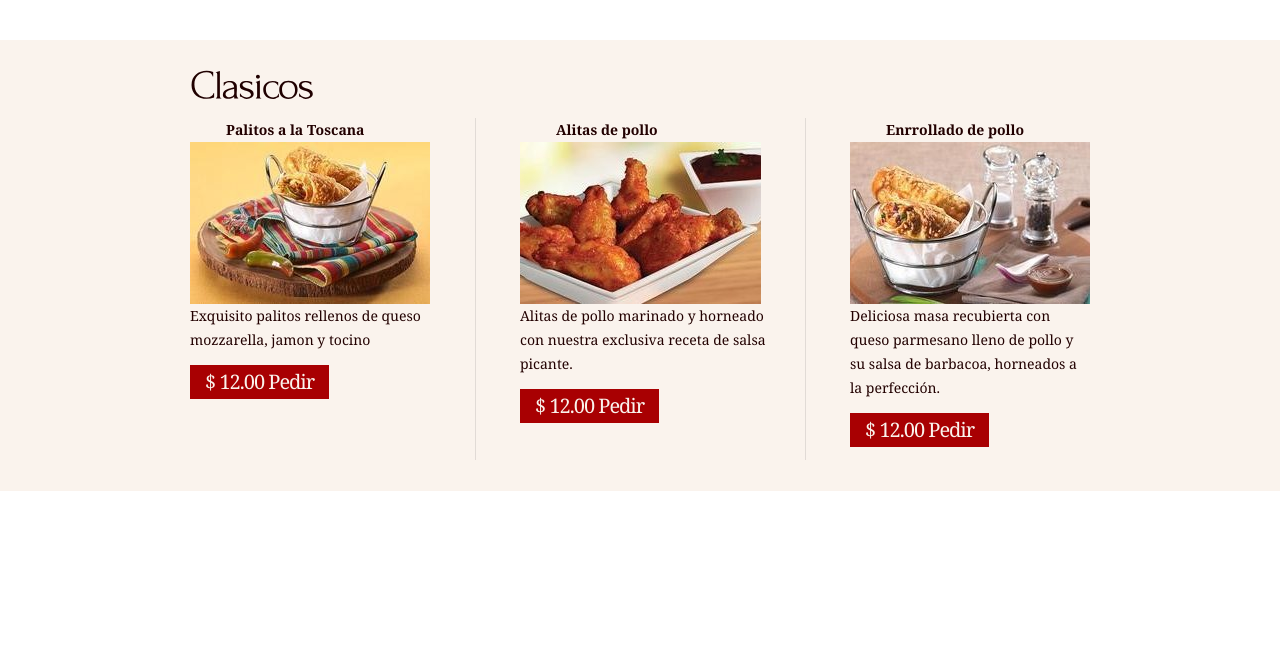
Repository: ProSoft-PDSI/sdsddo
Page: http://localhost/sdsr/Entrada
An editor plug-in stored every save of this project. The page is shown before and after the next save, followed by the edit.
The browser window is 1280 px wide. The pictures show the whole page.
The page is served by Tomcat 9. Other server files are loaded and not shown. Queries for data that is not in the repository find no rows.

Above is the page before, as saved 2014-07-20 02:26:16.
Console error: TypeError: Cannot read properties of undefined (reading 'appendTo')

### Web/sdsr/WebContent/Entrada.jsp
<%@ page language="java" contentType="text/html; charset=ISO-8859-1"
    pageEncoding="ISO-8859-1"%>
<%@ taglib prefix="c" uri="http://java.sun.com/jsp/jstl/core" %>
<!DOCTYPE html>
<html lang="es">
<head>
	<meta charset="UTF-8">
	<%@ include file="Carga.jsp" %>
	<title>..::Sistema de Servicios de Restaurantes::..</title>
	<style type="text/css">
   		body { Background: transparent; }
	</style>
</head>
<body id="page2">
<form method="post" action="Entrada">
<div class="body6" id="marco">
	<div class="body1" id="marco">
		<div class="main">

			<article id="content">
				<div class="wrap">
					<%int n = 1; %>
			     <c:forEach var = "i" items = "${requestScope.listamenu}" >
					<% if(n == 1) { %>
					<section class="cols">
						<div class="box">
							<div>
								<h2><c:out value="${i.nombre}"></c:out></h2>
								<figure><img src="${i.imagen}" alt="" ></figure>
								<p class="pad_bot1">${i.descripcion}</p>
								<input type="hidden" name="codigo" value="${i.codProducto}"></input>
								<a href="Entrada" class="button1">S./ ${i.precio} Pedir</a>
							</div>
						</div>
					</section>
				   <% } %>
				   <% if (n>1 && n <= 3) { %>
					<section class="cols pad_left1">
						<div class="box">
							<div>
								<h2><c:out value="${i.nombre}"></c:out></h2>
								<figure><img src="${i.imagen}" alt="" ></figure>
								<p class="pad_bot1">${i.descripcion}</p>
								<input type="hidden" name="codigo" value="${i.codProducto}"></input>
								<input type="submit" class="button1" value="S./ ${i.precio} Pedir"></input>
							</div>
						</div>
					</section>
				  <% } %>
				  <% n++; %>
				</c:forEach>
				</div>
			</article>
		</div>
	</div>
</div>
<div class="body2">
	<div class="main">
		<article id="content2">
			<div class="wrapper">
				<section class="pad_left1">
					<h2>Clasicos</h2>
					<div class="line1">
						<div class="wrapper line2">
							<div class="cols">
								<div class="wrapper pad_bot1">
								<h1>Palitos a la Toscana </h1>
									<figure ><img src="images/ent_4.jpg" alt=""></figure>
									<p class="pad_bot1">Exquisito palitos rellenos de queso <br> mozzarella,
									  jamon y tocino</p>
									 <a href="#" class="button1">$ 12.00 Pedir</a>
								</div>
							</div>
							<div class="cols pad_left1">
								<div class="wrapper pad_bot1">
								<h1>Alitas de pollo </h1>
									<figure ><img src="images/ent_5.jpg" alt=""></figure>
									<p class="pad_bot1">Alitas de pollo marinado y horneado <br> con nuestra exclusiva receta de salsa <br> picante.</p>
									<a href="#" class="button1">$ 12.00 Pedir</a>
								</div>
							</div>
							<div class="col2 pad_left1">
								<div class="wrapper pad_bot1">
								<h1>Enrrollado de pollo</h1>
									<figure ><img src="images/ent_6.jpg" alt=""></figure>
									<p class="pad_bot1">Deliciosa masa recubierta con queso parmesano lleno de pollo y su salsa de barbacoa, horneados a la perfección.</p>
									<a href="#" class="button1">$ 12.00 Pedir</a>
								</div>
							</div>
						</div>
					</div>
				</section>
			</div>
		</article>
	</div>
</div>
<%-- 	<form action="post" action="Entrada">
		<table>
			<c:forEach var = "i" items = "${requestScope.listamenu}" >
				<tr><td><c:out value="${i.nombre}"></c:out></td><td><button>Agregar</button></td></tr>
			</c:forEach>
		</table>
	</form>
	<c:if test="${requestScope.error != null}">
		<c:out value="${requestScope.error}"></c:out>
	</c:if> --%>
</form>
<script type="text/javascript"> Cufon.now(); </script>
</body>

</html>

### Web/sdsr/WebContent/Carga.jsp
<link rel="stylesheet" href="css/reset.css" type="text/css" media="all">
<link rel="stylesheet" href="css/layout.css" type="text/css" media="all">
<link rel="stylesheet" href="css/style.css" type="text/css" media="all">
<link rel="stylesheet" href="css/estilos.css" type="text/css" media="all">
<script type="text/javascript" src="js/jquery-1.6.js" ></script>
<script type="text/javascript" src="js/cufon-yui.js"></script>
<script type="text/javascript" src="js/cufon-replace.js"></script>
<script type="text/javascript" src="js/Forum_400.font.js"></script>
<script type="text/javascript" src="js/jquery.easing.1.3.js"></script>
<script type="text/javascript" src="js/tms-0.3.js"></script>
<script type="text/javascript" src="js/tms_presets.js"></script>
<script type="text/javascript" src="js/script.js"></script>
<script type="text/javascript" src="js/atooltip.jquery.js"></script>

### Web/sdsr/src/controller/PedidosController.java
package controller;

import java.io.IOException;
import java.util.List;
import java.util.Vector;

import javax.servlet.RequestDispatcher;
import javax.servlet.ServletException;
import javax.servlet.annotation.WebServlet;
import javax.servlet.http.HttpServlet;
import javax.servlet.http.HttpServletRequest;
import javax.servlet.http.HttpServletResponse;
import javax.servlet.http.HttpSession;

import entity.Cliente;
import entity.DetallePedido;
import entity.Pedido;
import entity.Usuario;
import model.ControlModel;
import model.PedidosModel;
import model.ProductoModel;

@WebServlet({"/InsertarPedido","/EliminarPedido","/ModificarPedido","/ListaPedidos","/Entrada","/Pizza","/Especiales","/InsertaLista"})
public class PedidosController extends HttpServlet {
	private static final long serialVersionUID = 1L;
	List<DetallePedido> listapedido = new Vector<DetallePedido>();

    public PedidosController() {
        super();
    }

    protected void doPost(HttpServletRequest request, HttpServletResponse response) throws ServletException, IOException {
		String alias = request.getServletPath();
		if(alias.equals("/Entrada")){
			EntradaPost(request,response);
		}else if(alias.equals("/Pizza")){
			PizzaPost(request,response);
		}else if(alias.equals("/Especiales")){
			EspecialesPost(request,response);
		}else if(alias.equals("/InsertarPedido")){
			InsertarPedido(request,response);
		}
    }


	private void EspecialesPost(HttpServletRequest request,
			HttpServletResponse response) throws ServletException, IOException {
		try {
			ProductoModel model = new ProductoModel();
			request.setAttribute("listaespecial", model.getEspeciales());

			HttpSession session = request.getSession(true);
			String codProducto = (String) request.getParameter("codigo");
			int cantidad = Integer.parseInt((String)request.getParameter("cant"));
			DetallePedido bean = new DetallePedido();
			ControlModel model1 = new ControlModel();
			bean.setNropedido(model1.getValor("pedido"));
			bean.setCodproducto(codProducto);
			bean.setCant(cantidad);
			listapedido.add(bean);
			session.setAttribute("lista", listapedido);
		} catch (Exception e) {
			System.out.println(e.getMessage());
		}
		RequestDispatcher rd;
		rd = request.getRequestDispatcher("Pedido.jsp");
		rd.forward(request, response);

	}

	private void PizzaPost(HttpServletRequest request,
			HttpServletResponse response) throws ServletException, IOException {
		try {
			ProductoModel model = new ProductoModel();
			request.setAttribute("listapizza", model.getPizza());
			request.setAttribute("listapizzaclasico", model.getPizzaClasico());

			HttpSession session = request.getSession(true);
			String codProducto = (String) request.getParameter("codigo");
			int cantidad = Integer.parseInt((String)request.getParameter("cant"));
			DetallePedido bean = new DetallePedido();
			ControlModel model1 = new ControlModel();
			bean.setNropedido(model1.getValor("pedido"));
			bean.setCodproducto(codProducto);
			bean.setCant(cantidad);
			listapedido.add(bean);
			session.setAttribute("lista", listapedido);
		} catch (Exception e) {
			System.out.println(e.getMessage());
		}

		RequestDispatcher rd;
		rd = request.getRequestDispatcher("Pedido.jsp");
		rd.forward(request, response);
	}

	private void EntradaPost(HttpServletRequest request,
			HttpServletResponse response) throws ServletException, IOException {
		try {
		ProductoModel model = new ProductoModel();
		request.setAttribute("listaentrada", model.getEntrada());
		request.setAttribute("listaentradaclasico", model.getEntradaClasico());

		HttpSession session = request.getSession(true);
		String codProducto = (String) request.getParameter("codigo");
		int cantidad = Integer.parseInt((String)request.getParameter("cant"));
		DetallePedido bean = new DetallePedido();
		ControlModel model1 = new ControlModel();
		bean.setNropedido(model1.getValor("pedido"));
		bean.setCodproducto(codProducto);
		bean.setCant(cantidad);
		listapedido.add(bean);
		session.setAttribute("lista", listapedido);
		} catch (Exception e) {
			System.out.println(e.getMessage());
		}
		RequestDispatcher rd;
		rd = request.getRequestDispatcher("Pedido.jsp");
		rd.forward(request, response);

	}

	protected void doGet(HttpServletRequest request, HttpServletResponse response) throws ServletException, IOException {
		String alias = request.getServletPath();
		if(alias.equals("/ListaPedidos")){
				ListaPedidos(request,response);
		}else if(alias.equals("/Entrada")){
			Entrada(request,response);
		}else if(alias.equals("/Pizza")){
			Pizza(request,response);
		}else if(alias.equals("/Especiales")){
			Especiales(request,response);
		}
	}

	private void Especiales(HttpServletRequest request,
			HttpServletResponse response) throws ServletException, IOException {
		ProductoModel model = new ProductoModel();
		request.setAttribute("listaespecial", model.getEspeciales());
		RequestDispatcher rd;
		rd = request.getRequestDispatcher("Especiales.jsp");
		rd.forward(request, response);

	}


	private void Pizza(HttpServletRequest request, HttpServletResponse response) throws ServletException, IOException {
		try{
		ProductoModel model = new ProductoModel();
		request.setAttribute("listapizza", model.getPizza());
		request.setAttribute("listapizzaclasico", model.getPizzaClasico());
		} catch (Exception e) {
			System.out.println(e.getMessage());
		}
		RequestDispatcher rd;
		rd = request.getRequestDispatcher("Clasica.jsp");
		rd.forward(request, response);

	}

	private void Entrada(HttpServletRequest request, HttpServletResponse response) throws ServletException, IOException {
		try{
		ProductoModel model = new ProductoModel();
		request.setAttribute("listaentrada", model.getEntrada());
		request.setAttribute("listaentradaclasico", model.getEntradaClasico());
		} catch (Exception e) {
			System.out.println(e.getMessage());
		}
		RequestDispatcher rd;
		rd = request.getRequestDispatcher("Entrada.jsp");
		rd.forward(request, response);

	}

	private void ListaPedidos(HttpServletRequest request,
			HttpServletResponse response) throws ServletException, IOException {
			HttpSession session = request.getSession(true);
			session.getAttribute("lista");
			RequestDispatcher rd = request.getRequestDispatcher("Pedido.jsp");
			rd.forward(request, response);

	}

	private void InsertarPedido(HttpServletRequest request,
			HttpServletResponse response) throws ServletException, IOException {
			try{
			HttpSession session = request.getSession(true);
				Cliente cli = (Cliente)session.getAttribute("cliente");
				Usuario usu = (Usuario)session.getAttribute("user");
				PedidosModel model = new PedidosModel();
				ControlModel model1 = new ControlModel();
				String codigo = model1.getValor("pedido");
				model.InsertarPedidos(cli.getDni(),usu.getUsuario());
				model.InsertaProductosDetallePedido(listapedido, usu.getUsuario());
				Pedido pedido = model.getPedido(codigo);
				session.setAttribute("nropedido",codigo);
				session.setAttribute("totalpedido", pedido.getTotalpedido());
				System.out.println(pedido.getTotalpedido());
				request.setAttribute("mensaje", "insercion Exitosa");
				session.removeAttribute("listapedido");
			} catch (Exception e) {
				System.out.println(e.getMessage());
			}
			RequestDispatcher rd = request.getRequestDispatcher("Pagos.jsp");
			rd.forward(request, response);
	}

}

### Web/sdsr/src/model/ProductoModel.java
package model;

import java.util.List;

import dao.impl.ProductoDaoImpl;
import dao.spec.ProductoDao;
import entity.Producto;

public class ProductoModel {
	public List<Producto> getEntrada(){
		ProductoDao dao = new ProductoDaoImpl();
		List<Producto> entrada = dao.getEntrada();
		return entrada;
	}

	public List<Producto> getEntradaClasico(){
		ProductoDao dao = new ProductoDaoImpl();
		List<Producto> entrada = dao.getEntradaClasico();
		return entrada;
	}

	public List<Producto> getPizza(){
		ProductoDao dao = new ProductoDaoImpl();
		List<Producto> entrada = dao.getPizza();
		return entrada;
	}

	public List<Producto> getEspeciales(){
		ProductoDao dao = new ProductoDaoImpl();
		List<Producto> entrada = dao.getEspeciales();
		return entrada;
	}

	public List<Producto> getPizzaClasico(){
		ProductoDao dao = new ProductoDaoImpl();
		List<Producto> entrada = dao.getPizzaClasico();
		return entrada;
	}

	public Producto getProducto(String codProducto){
		ProductoDao dao = new ProductoDaoImpl();
		return dao.getProducto(codProducto);

	}
}

### Web/sdsr/src/dao/spec/ProductoDao.java
package dao.spec;

import java.util.List;

import entity.Producto;

public interface ProductoDao {
	List<Producto> getEntrada();
	List<Producto> getEntradaClasico();
	List<Producto> getPizza();
	List<Producto> getPizzaClasico();
	List<Producto> getEspeciales();
	Producto getProducto(String Producto);
	String getNombreProducto(String codproducto);
}

### Web/sdsr/src/dao/util/RowMapper.java
package dao.util;

import java.sql.ResultSet;

public interface RowMapper<T> {
	public abstract T mapRow(ResultSet rs);
}

### Web/sdsr/src/dao/impl/ProductoDaoImpl.java
package dao.impl;

import java.sql.Connection;
import java.sql.PreparedStatement;
import java.sql.ResultSet;
import java.sql.SQLException;
import java.sql.Statement;
import java.util.ArrayList;
import java.util.List;

import dao.spec.ProductoDao;
import dao.util.AccesoDB;
import dao.util.RowMapper;
import entity.Producto;

public class ProductoDaoImpl implements ProductoDao,RowMapper<Producto> {

	@Override
	public List<Producto> getEntrada() {
		List<Producto> menu=new ArrayList<Producto>();
		Connection cn=null;
		try {
			cn = AccesoDB.getConnection();
			String sql="select * from producto where categoria = 'normal' and codproducto like 'EN%' ";
			Statement stm = cn.createStatement();
			ResultSet rs = stm.executeQuery(sql);
			while(rs.next()){
				menu.add(mapRow(rs));
			}
			rs.close();
			stm.close();
		} catch (Exception e) {
			throw new RuntimeException(e.getMessage());
		}finally{
			try {
				cn.close();
			} catch (SQLException e) {
				throw new RuntimeException(e.getMessage());
			}
		}
		return menu;
	}


	public List<Producto> getEntradaClasico() {
		List<Producto> menu=new ArrayList<Producto>();
		Connection cn=null;
		try {
			cn = AccesoDB.getConnection();
			String sql="select * from producto where categoria = 'clasico' and codproducto like 'EN%' ";
			Statement stm = cn.createStatement();
			ResultSet rs = stm.executeQuery(sql);
			while(rs.next()){
				menu.add(mapRow(rs));
			}
			rs.close();
			stm.close();
		} catch (Exception e) {
			throw new RuntimeException(e.getMessage());
		}finally{
			try {
				cn.close();
			} catch (SQLException e) {
				throw new RuntimeException(e.getMessage());
			}
		}
		return menu;
	}


	public Producto mapRow(ResultSet rs) {
		Producto bean = new Producto();
		try {
			bean.setCodProducto(rs.getString("codproducto"));
			bean.setNombre(rs.getString("nombreproducto"));
			bean.setDescripcion(rs.getString("descrproducto"));
			bean.setPrecio(rs.getDouble("preciounitario"));
			bean.setCategoria(rs.getString("categoria"));
			bean.setImagen(rs.getString("imagen"));
			bean.setStock(rs.getInt("stock"));
		} catch (SQLException e) {
			throw new RuntimeException(e.getMessage());
		}
		return bean;

	}

	@Override
	public Producto getProducto(String codproducto) {
		Connection cn=null;
		Producto pro = new Producto();
		try {
			cn = AccesoDB.getConnection();
			String sql="select * from producto where codproducto = ?";
			PreparedStatement pstm = cn.prepareStatement(sql);
			pstm.setString(1, codproducto);
			ResultSet rs = pstm.executeQuery(sql);
			rs.next();
			pro=mapRow(rs);
			rs.close();
			pstm.close();
		} catch (Exception e) {
			throw new RuntimeException(e.getMessage());
		}finally{
			try {
				cn.close();
			} catch (SQLException e) {
				throw new RuntimeException(e.getMessage());
			}
		}
		return pro;
	}

	@Override
	public String getNombreProducto(String codproducto) {
		Connection cn=null;
		String nombre=null;
		try {
			cn = AccesoDB.getConnection();
			String sql="select nombreproducto from producto where codproducto = ?";
			PreparedStatement pstm = cn.prepareStatement(sql);
			pstm.setString(1, codproducto);
			ResultSet rs = pstm.executeQuery(sql);
			while(rs.next()){
				nombre= rs.getString("nombreproducto");
			}

			rs.close();
			pstm.close();
		} catch (Exception e) {
			throw new RuntimeException(e.getMessage());
		}finally{
			try {
				cn.close();
			} catch (SQLException e) {
				throw new RuntimeException(e.getMessage());
			}
		}
		return nombre;
	}


	@Override
	public List<Producto> getPizza() {
		List<Producto> menu=new ArrayList<Producto>();
		Connection cn=null;
		try {
			cn = AccesoDB.getConnection();
			String sql="select replace(nombreproducto,'Personal',''),descrproducto,categoria,imagen,stock from producto where categoria = 'normal'"
					+ "and codproducto like 'PI%'"
					+ "and nombreproducto like '%Personal'";
			Statement stm = cn.createStatement();
			ResultSet rs = stm.executeQuery(sql);
			while(rs.next()){
				Producto bean = new Producto();
				bean.setCodProducto("PI");
				bean.setNombre(rs.getString(1));
				bean.setDescripcion(rs.getString("descrproducto"));
				bean.setPrecio(0);
				bean.setCategoria(rs.getString("categoria"));
				bean.setImagen(rs.getString("imagen"));
				bean.setStock(rs.getInt("stock"));
				menu.add(bean);
			}
			rs.close();
			stm.close();
		} catch (Exception e) {
			throw new RuntimeException(e.getMessage());
		}finally{
			try {
				cn.close();
			} catch (SQLException e) {
				throw new RuntimeException(e.getMessage());
			}
		}
		return menu;
	}


	@Override
	public List<Producto> getPizzaClasico() {
		List<Producto> menu=new ArrayList<Producto>();
		Connection cn=null;
		try {
			cn = AccesoDB.getConnection();
			String sql="select replace(nombreproducto,'Personal',''),descrproducto,categoria,imagen,stock from producto where categoria = 'clasico'"
					+ "and codproducto like 'PI%'"
					+ "and nombreproducto like '%Personal'";
			Statement stm = cn.createStatement();
			ResultSet rs = stm.executeQuery(sql);
			while(rs.next()){
				Producto bean = new Producto();
				bean.setCodProducto("PI");
				bean.setNombre(rs.getString(1));
				bean.setDescripcion(rs.getString("descrproducto"));
				bean.setPrecio(0);
				bean.setCategoria(rs.getString("categoria"));
				bean.setImagen(rs.getString("imagen"));
				bean.setStock(rs.getInt("stock"));
				menu.add(bean);
			}
			rs.close();
			stm.close();
		} catch (Exception e) {
			throw new RuntimeException(e.getMessage());
		}finally{
			try {
				cn.close();
			} catch (SQLException e) {
				throw new RuntimeException(e.getMessage());
			}
		}
		return menu;
	}


	@Override
	public List<Producto> getEspeciales() {
		List<Producto> menu=new ArrayList<Producto>();
		Connection cn=null;
		try {
			cn = AccesoDB.getConnection();
			String sql="select * from producto where codproducto like 'ES%'";
			Statement stm = cn.createStatement();
			ResultSet rs = stm.executeQuery(sql);
			while(rs.next()){
				menu.add(mapRow(rs));
			}
			rs.close();
			stm.close();
		} catch (Exception e) {
			throw new RuntimeException(e.getMessage());
		}finally{
			try {
				cn.close();
			} catch (SQLException e) {
				throw new RuntimeException(e.getMessage());
			}
		}
		return menu;
	}

}

### Web/sdsr/src/dao/util/AccesoDB.java
package dao.util;

import java.sql.Connection;
import java.sql.DriverManager;

public class AccesoDB {
	public static Connection getConnection() throws Exception {
		String driver = "oracle.jdbc.driver.OracleDriver";
		String url = "jdbc:oracle:thin:@localhost:1521/XE";
		String user = "restaurante";
		String pass = "admin";
		Class.forName(driver).newInstance();
		Connection cn=DriverManager.getConnection(url,user,pass);
		return cn;
	}
}

### Web/sdsr/WebContent/css/layout.css
.col1, .col2, .col3, .cols  {float:left}
.cols {width:300px}
.col1 {width:630px}
.col2 {width:240px}
.col3 {width:570px}
/* index.html */
/* index-1.html */
#page2 .box .list1 {margin-top:-7px}
/* index-2.html */
#page3 h2.letter_spacing {word-spacing:-2px}
/* index-3.html */
#page4 .box .list1 {margin-top:-7px}
#page4 h2.pad_bot1 {padding-bottom:5px}
/* index-4.html */
#page5 .box > div {background: url(../images/box_top2.png) top center no-repeat}
#page5 #content2 h2 {padding-bottom:4px}
/* index-5.html */
/* index-6.html */

### Web/sdsr/WebContent/css/estilos.css
#marco{
	background: transparent;
}

.marco{
	height:80em;
	width:101%;
}

Loaded but not shown: Web/sdsr/WebContent/css/reset.css (common file); Web/sdsr/WebContent/js/jquery-1.6.js (library); Web/sdsr/WebContent/js/cufon-yui.js (library); Web/sdsr/WebContent/js/Forum_400.font.js (library); Web/sdsr/WebContent/js/jquery.easing.1.3.js (library); Web/sdsr/WebContent/js/script.js (common file); Web/sdsr/WebContent/js/tms_presets.js (489 lines, source omitted); Web/sdsr/WebContent/js/tms-0.3.js (395 lines, source omitted); Web/sdsr/WebContent/js/atooltip.jquery.js (105 lines, source omitted); Web/sdsr/WebContent/js/cufon-replace.js (1 lines, source omitted); Web/sdsr/WebContent/css/style.css (182 lines, source omitted)

After the next save:
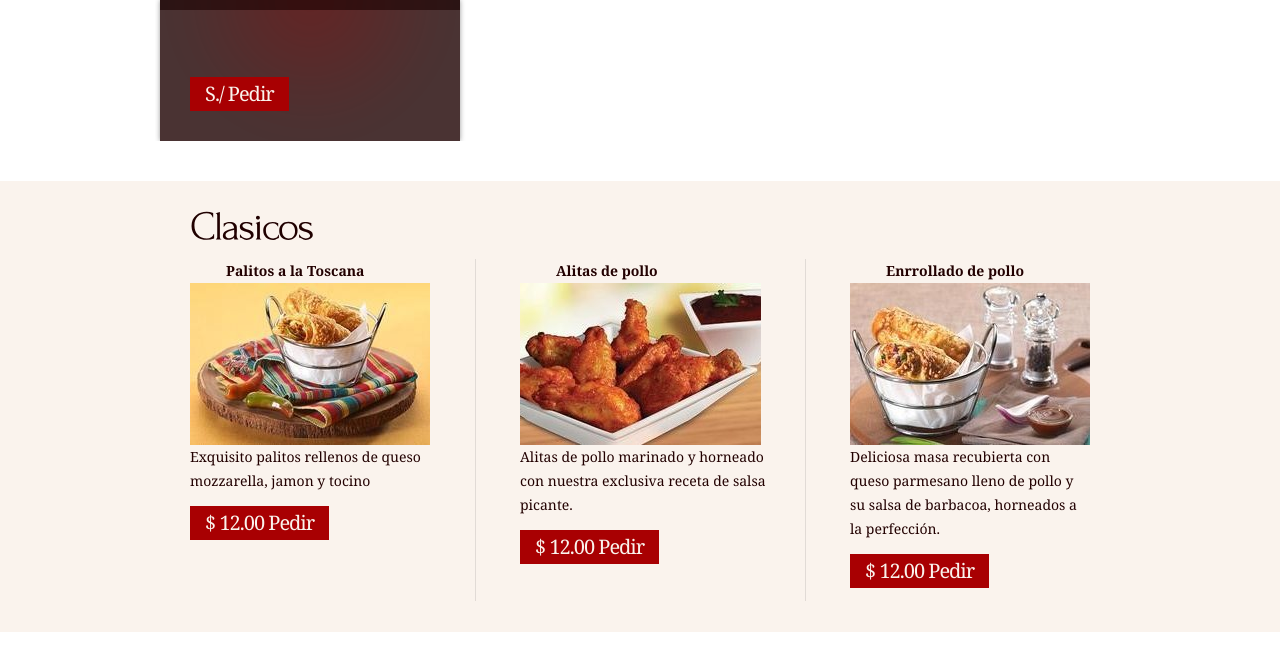
Saved 110 s later.
--- a/Web/sdsr/WebContent/Entrada.jsp
+++ b/Web/sdsr/WebContent/Entrada.jsp
@@ -20,7 +20,7 @@
 			<article id="content">
 				<div class="wrap">
 					<%int n = 1; %>
-			     <c:forEach var = "i" items = "${requestScope.listamenu}" >
+			     <% %>
 					<% if(n == 1) { %>
 					<section class="cols">
 						<div class="box">
@@ -48,7 +48,7 @@
 					</section>
 				  <% } %>
 				  <% n++; %>
-				</c:forEach>
+				<% %>
 				</div>
 			</article>
 		</div>
